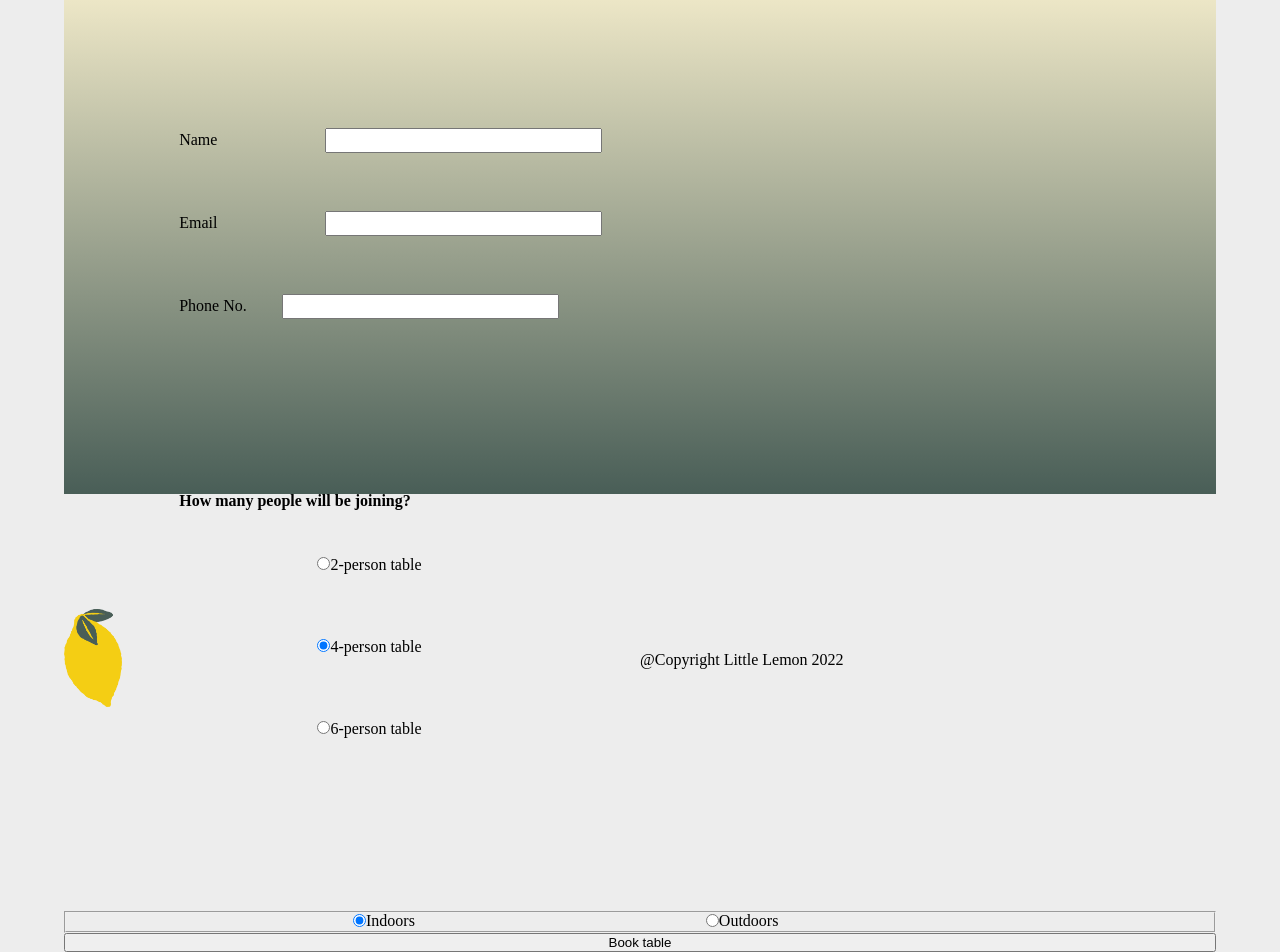
Repository: klone007/littleLemon
Page: index.html
The author's editor kept a copy of each file at every save. The page is drawn from the files as they stood at one save, then again after the next save.
The browser window is 1280 px wide. The pictures show the part of the page from y = 3473 to 4425 px (the page is 4425 px tall).
A picture or video elsewhere on the page could not be fetched, so the positions and the page height are approximate. Backgrounds fixed to the window are drawn as part of the page.

Above is the page before, as saved 2022-11-17 13:34:21.

### index.html
<!DOCTYPE html>
<html lang="en">
<head>
    <meta charset="UTF-8">
    <meta http-equiv="X-UA-Compatible" content="IE=edge">
    <meta name="viewport" content="width=device-width, initial-scale=1.0">
    <title>Little Lemon</title>
    <meta name="author" content="Owned by Maria & Jason">
    <meta name="description" content="Little lemon restaurant">

    <link rel="stylesheet" href="./styles.css">
    <link rel="stylesheet" href="./docs/flickity.css" media="screen">
</head>
<body>
    <script src="./docs/flickity.pkgd.min.js"></script>

<nav class="top-nav navbar-fixed-top">
    <header>
        <a href="#Home">
            <img src="./img/Asset 20@4x.png" alt="logo" />
        </a>
    </header>
    <input id="menu-toggle" type="checkbox" />
    <label class='menu-button-container' for="menu-toggle">
    <div class='menu-button'></div>
  </label>
    <ul class="menu">
        <li><a href="#Home">Home</a></li>
        <li><a href="#Menu">Menu</a></li>
        <li><a href="#mainBook">Book</a></li>
        <li><a href="#About">About</a></li>
    </ul>
</nav>


    <main>
        <h1 id="Home">Our Featured</h1>
        <section class="gallery js-flickity" data-flickity-options='{ "wrapAround": true }'>
            <div class="gallery-cell">
                <img src="https://external-content.duckduckgo.com/iu/?u=https%3A%2F%2Fwww.sightseeingtoursitaly.com%2Fwp-content%2Fuploads%2F2019%2F06%2FFamous-Italian-dishes.jpg&f=1&nofb=1&ipt=5f17ed8798b09670346a59e0c6dda9133987f1fbc826aab0525b9c7dfd5eefc6&ipo=images" alt="" loading="lazy" />
            </div>
            <div class="gallery-cell">
                <img src="https://external-content.duckduckgo.com/iu/?u=https%3A%2F%2Fcdn.websites.hibu.com%2F42205d4164494aec9952633686609fc8%2Fdms3rep%2Fmulti%2Fshutterstock_1048781273.jpg&f=1&nofb=1&ipt=9319afd718bb88107d86b2624e313065a7d3a600e22631227c980300d2d9ea5e&ipo=images" alt="" loading="lazy" />
            </div>
            <div class="gallery-cell">
                <img src="https://external-content.duckduckgo.com/iu/?u=https%3A%2F%2Fdianashealthyliving.com%2Fwp-content%2Fuploads%2F2019%2F09%2FItalian-food-Depositphotos_.jpg&f=1&nofb=1&ipt=6b3899b664b8c8aa324edf4a5f0cf548525f48ccb5f7a4fc71eac060adbfea16&ipo=images" alt="" loading="lazy" />
            </div>
            <div class="gallery-cell">
                <img src="https://external-content.duckduckgo.com/iu/?u=https%3A%2F%2Fwww.lux-review.com%2Fwp-content%2Fuploads%2F2020%2F03%2FPasta-1.jpg&f=1&nofb=1&ipt=236038c1ddcf4aa03c9a1fd1d1489bc57e1f28b597d5af0d285d39a5f3813c10&ipo=images" alt="" />
            </div>
            <div class="gallery-cell">
                <img src="https://external-content.duckduckgo.com/iu/?u=https%3A%2F%2Fthepointsguy.co.uk%2Fwp-content%2Fuploads%2F2020%2F09%2FGettyImages-599272840.jpg&f=1&nofb=1&ipt=aed47e269af3bf5fa11b8c201e77a3612dee3b5e70cd9f18d9500c28e0df9f67&ipo=images" alt="" loading="lazy" />
            </div>
        </section>

        <h1 id="Menu">Menu</h1>
        <section id="mainMenu">
            <article>
                <h3>Dish 1</h3>
                <div>
                    <img src="https://external-content.duckduckgo.com/iu/?u=https%3A%2F%2Fwww.trbimg.com%2Fimg-58b999a4%2Fturbine%2Fct-chicago-modern-classics-food-0308-20170303&f=1&nofb=1&ipt=e55a6103835e539b9ddba910f3aa8f07babc50ec035bc059d606dd24fa5a5659&ipo=images" alt="" />
                    <p>Lorem ipsum dolor sit amet consectetur adipisicing elit. Labore inventore rem quos repellat fugiat consequatur numquam, sapiente aperiam culpa aliquid maiores asperiores! Alias eligendi odit, vero amet aut quia non?</p>
                </div>
            </article>
            <article>
                <h3>Dish 2</h3>
                <div>
                    <img src="https://external-content.duckduckgo.com/iu/?u=https%3A%2F%2Fwww.webivm.com%2Fwp-content%2Fuploads%2F2016%2F12%2FFood-Photos.jpg&f=1&nofb=1&ipt=6a3492d880aad37e76e2c229f1153e1a0fc916bf886f3e4d2b33b8b43cbbb8ba&ipo=images" alt="" />
                    <p>Lorem ipsum dolor sit amet consectetur adipisicing elit. Labore inventore rem quos repellat fugiat consequatur numquam, sapiente aperiam culpa aliquid maiores asperiores! Alias eligendi odit, vero amet aut quia non?</p>
                </div>
            </article>
            <article>
                <h3>Dish 3</h3>
                <div>
                    <img src="https://external-content.duckduckgo.com/iu/?u=https%3A%2F%2Fwww.food-management.com%2Fsites%2Ffood-management.com%2Ffiles%2Fstyles%2Farticle_featured_retina%2Fpublic%2FHawaiiPromo_BU_1.jpg%3Fitok%3Dl8BccNDz&f=1&nofb=1&ipt=f5ae2a2fe3e9c6f5db3d1dd3f7cba8346bc18a211ab68dd1c32996616daafb87&ipo=images" alt="" />
                    <p>Lorem ipsum dolor sit amet consectetur adipisicing elit. Labore inventore rem quos repellat fugiat consequatur numquam, sapiente aperiam culpa aliquid maiores asperiores! Alias eligendi odit, vero amet aut quia non?</p>
                </div>
            </article>
            <article>
                <h3>Dish 4</h3>
                <div>
                    <img src="https://external-content.duckduckgo.com/iu/?u=https%3A%2F%2Fmoroccanfoodtour.com%2Fwp-content%2Fuploads%2F2020%2F05%2FMFT-Tetouan-Food-Tour-5.jpg&f=1&nofb=1&ipt=5d10271906c29c0f482e9af2e71def8f1021706b03ddfc3b13a227a26cf32f92&ipo=images" alt="" />
                    <p>Lorem ipsum dolor sit amet consectetur adipisicing elit. Labore inventore rem quos repellat fugiat consequatur numquam, sapiente aperiam culpa aliquid maiores asperiores! Alias eligendi odit, vero amet aut quia non?</p>
                </div>
            </article>
            <article>
                <h3>Dish 5</h3>
                <div>
                    <img src="https://external-content.duckduckgo.com/iu/?u=https%3A%2F%2Fimg.choice.com.au%2F-%2Fmedia%2Ff738b5b9623b4c90ad0837f98b0ea96b.ashx&f=1&nofb=1&ipt=1635fb9e31ba85f9b28735716f80466546eed1ee7c42d5bcbd6a9909df5d35f2&ipo=images" alt="" />
                    <p>Lorem ipsum dolor sit amet consectetur adipisicing elit. Labore inventore rem quos repellat fugiat consequatur numquam, sapiente aperiam culpa aliquid maiores asperiores! Alias eligendi odit, vero amet aut quia non?</p>
                </div>
            </article>
            <article>
                <h3>Dish 6</h3>
                <div>
                    <img src="https://external-content.duckduckgo.com/iu/?u=https%3A%2F%2Fwww.charlottefashionplate.com%2Fwp-content%2Fuploads%2F2019%2F04%2FFullSizeRender-2019-09-12T093414.937-e1568295666416.jpg&f=1&nofb=1&ipt=a75d703fefdf0bc48c22dafd73ad0c617d56c21db92b64727021d744cfa860a5&ipo=images" alt="" />
                    <p>Lorem ipsum dolor sit amet consectetur adipisicing elit. Labore inventore rem quos repellat fugiat consequatur numquam, sapiente aperiam culpa aliquid maiores asperiores! Alias eligendi odit, vero amet aut quia non?</p>
                </div>
            </article>
        </section>

        <h1 id="About">About</h1>
        <section id="mainAbout">
            <div class="myDIV">
                 <img src="https://external-content.duckduckgo.com/iu/?u=https%3A%2F%2Fst3.depositphotos.com%2F2572561%2F16353%2Fi%2F950%2Fdepositphotos_163534638-stock-photo-two-famous-chefs-discuss-their.jpg&f=1&nofb=1&ipt=b503cf392cbfb92c1189adf6e87bce2d96b5f10e32ff79c8c39acd97c9648224&ipo=images" alt="Little Lemon's chefs" loading="lazy" />
            </div>
            <!-- <div class="hide">
                The image used is stock image from google images.
            </div> -->

            <p>
                Based in Chicago, Illinois, <strong>Little Lemon is a family-owned Mediterranean restaurant</strong>, focused on <strong>traditional recipes served with a
                modern twist.</strong> The chefs draw inspiration from Italian, Greek, and Turkish culture and have a menu of 12–15 items that they rotate
                seasonally. The restaurant has a rustic and relaxed atmosphere with moderate prices, making it a <strong>popular place for a meal any time of
                the day.</strong>
                <br /> <br />
                Little Lemon is <strong>owned by</strong>two Italian brothers, <strong>Mario and Adrian</strong>, who moved to the United States to pursue their shared dream of owning a restaurant.
                To craft the menu, Mario relies on family recipes and his experience as a chef in Italy. Adrian does all the marketing for the restaurant and led the
                effort to expand the menu beyond classic Italian to incorporate additional cuisines from the Mediterranean region.
            </p>
        </section>
        <section id="mainBook">
            <h1>Book</h1>
            <div class="parallax"></div>

            <form class="content" method="post" >

                    <label for="user_Name">Name
                        <input type="text" id="user_Name" name="user_Name" required/>
                    </label>
                    <label for="user_Email">Email
                        <input type="email" id="user_Email" name="user_Email" required/>
                    </label>

                <label for="user_Phone">Phone No.
                    <input type="tel" id="user_Phone" name="user_Phone"/>
                </label>
                <fieldset id="size">
                    <p><strong>How many people will be joining?</strong></p>
                    <label><input type="radio" value="2" name="size" />2-person table</label><br>
                    <label><input type="radio" value="4" name="size" checked/>4-person table</label><br>
                    <label><input type="radio" value="6" name="size" />6-person table</label>
                </fieldset>
                <fieldset id="location">
                    <label><input type="radio" value="indoors" name="location" checked/>Indoors</label>
                    <label><input type="radio" value="outdoors" name="location" />Outdoors</label>
                </fieldset>
                <button type="submit">Book table</button>

            </form>
        </section>
    </main>
    <footer>
        <div >
            <img src="./img/Asset 9@4x.png" alt=""></img>
        </div>
        <div >
            <p>@Copyright Little Lemon 2022</p>
        </div>
    </footer>


</body>
</html>

### styles.css
:root {
    --lemonYelow:#f4ce14;
    --lemonGreen: #495e57;
}


*{
    margin:0;
    padding:0;
    -webkit-box-sizing: border-box;
    box-sizing: border-box;
}

body {
    background-color: #ededed;
    margin-top: 1rem;
    margin-bottom: 1rem;
    margin-left: 5%;
    margin-right: 5%;
}

header  img {
    display: block;
    margin-left: auto;
    margin-right: auto;
    max-width:3rem;
    min-height:3rem;
    animation-duration: 2s;
    animation-name: slideinLeft;
}

.top-nav  ul {
    list-style: none;
    animation-duration: 2s;
    animation-name: slideinRight;
}

.top-nav a {
    text-decoration: none;
    /* color:rgb(252, 227, 8); */
    color:white;
    padding: 10px 30px;
}

.top-nav a:hover {
    color: var(--lemonYelow);
    transform: scale(0.7);
}

.top-nav {
    display: flex;
    flex-direction: row;
    align-items: center;
    justify-content: space-between;
    background-color: #00BAF0;
    /* background: linear-gradient(to left, #214900ef, #ffe5511e); */
    background: linear-gradient(to left, #495e57, #f4cf142c);

    /* W3C, IE 10+/ Edge, Firefox 16+, Chrome 26+, Opera 12+, Safari 7+ */
    color: #FFF;
    height: 50px;
    padding: 1em;
    margin-top: 3%;


  }

  .menu {
    display: flex;
    flex-direction: row;
    list-style-type: none;
    margin: 0;
    padding: 0;
  }

  .menu > li {
    margin: 0 1rem;
    overflow: hidden;
  }

  .menu-button-container {
    display: none;
    height: 100%;
    width: 30px;
    cursor: pointer;
    flex-direction: column;
    justify-content: center;
    align-items: center;
  }

  #menu-toggle {
    display: none;
  }

  .menu-button,
  .menu-button::before,
  .menu-button::after {
    display: block;
    background-color: #fff;
    position: absolute;
    height: 4px;
    width: 30px;
    transition: transform 400ms cubic-bezier(0.23, 1, 0.32, 1);
    border-radius: 2px;
  }

  .menu-button::before {
    content: '';
    margin-top: -8px;
  }

  .menu-button::after {
    content: '';
    margin-top: 8px;
  }

  #menu-toggle:checked + .menu-button-container .menu-button::before {
    margin-top: 0px;
    transform: rotate(405deg);
  }

  #menu-toggle:checked + .menu-button-container .menu-button {
    background: rgba(255, 255, 255, 0);
  }

  #menu-toggle:checked + .menu-button-container .menu-button::after {
    margin-top: 0px;
    transform: rotate(-405deg);
  }

  @media (max-width: 700px) {
    .menu-button-container {
      display: flex;
    }
    .menu {
        z-index:1000;
      position: absolute;
      top: 50px;
      margin-top: 50px;
      left: 0;
      flex-direction: column;
      width: 100%;
      justify-content: center;
      align-items: center;
    }
    #menu-toggle ~ .menu li {
      height: 0;
      margin: 0;
      padding: 0;
      border: 0;
      transition: height 400ms cubic-bezier(0.23, 1, 0.32, 1);
    }
    #menu-toggle:checked ~ .menu li {
      border: 1px solid #333;
      height: 3.5em;
      padding: 0.5em;
      transition: height 400ms cubic-bezier(0.23, 1, 0.32, 1);
    }
    .menu > li {
      display: flex;
      justify-content: center;
      margin: 0;
      padding: 0.5em 0;
      width: 100%;
      color: white;
      background-color: #222;
    }
    .menu > li:not(:last-child) {
      border-bottom: 1px solid #444;
    }
  }

  .navbar-fixed-top{
    position: -webkit-sticky;
    position: sticky;
    top: 0px;
    z-index: 99999;
  }

/* nav {
display: flex;
justify-content: space-between;
}

header > img {
    display: block;
    margin-left: auto;
    margin-right: auto;
    max-width:5rem;
    min-height:5rem;
}

nav  ul {
    list-style: none;
    display: flex;
    justify-content: center;
    align-items: center;

}

nav a:link {
    text-decoration: none;
    color: rgb(5, 107, 5);
    padding: 10px 50px;

}

nav a:hover {
    background-color: green;
    color: antiquewhite;
} */




main  h1 {
    display: flex;
    justify-content: center;
    align-items: center;
    margin-top:5%;
    margin-bottom:3%;
    color:var(--lemonGreen);
    padding-top: 1rem;
}

main  h1:hover{
    /* animation: 1s 1 forwards pulse */
    transform: scale(1.2);
    transition: 0.5s ease-in-out;
}

main img {
    max-width:100%;
    min-height: 100%;
}

.gallery {
    background: #EEE;
    margin-bottom: 5%;
  }

  .gallery-cell {
    width: 50vw;
    height: 30vh;
    margin-left: 10px;
    counter-increment: gallery-cell;
  }

  /* cell number */
  .gallery-cell:before {
    display: block;
    text-align: center;
    content: "";
    line-height: 200px;
    font-size: 80px;
    color: white;
  }



  #mainMenu {
    display: flex;
    flex-wrap: wrap;
    overflow: auto;

}
#mainMenu div {
    display: flex;
    justify-content: center;
    align-items: center;
    gap:2rem;
}

#mainMenu img {
    max-width: 5rem;
    max-height: 5rem;
}
article img:hover {
    transform: scale(4) translate(50%,10%);
    transition: 0.5s ease-in-out;
}

main h3 {
    padding-bottom:1rem
}

main article {
    flex: 1 0 500px;
    box-sizing: border-box;
    margin: 1rem .25em;
    padding:2rem;

    max-width: 25rem;
}

main article:hover {
    color:#f4ce14;
    background-color: var(--lemonGreen);
    box-shadow: inset 0 0 1rem #444;
    border-radius: 5%;
}

@media screen and (min-width: 40em) {
    main article  {
       max-width: calc(50% -  1em);
    }


}

@media screen and (min-width: 60em) {
    main article  {
        max-width: calc(25% - 1em);
    }
}


#mainAbout {
    display: flex;
    flex-direction:column;
    justify-content: center;
    align-items: center;

}

#mainAbout img {
    max-width: 20rem;
    min-height: 20rem;
    margin:5%;
    padding:2rem;
    border-radius: 50%;
    filter:blur(0.5rem) grayscale(100%);
    transition:.5s ease-out;
}
#mainAbout img:hover {
    filter:blur(0rem) grayscale(0%);

}
/* .hide {
    display: none;
    position:absolute;
    left:8%
  } */

  /* .myDIV:hover + .hide {
    display: block;
    color: red;
  } */

#mainAbout p {
    flex: 1 0 500px;
    box-sizing: border-box;
    margin: 1rem .25em;
    padding:1rem;
}

footer {
    display: flex;
    justify-content: center;
    align-items: center;
    margin-top:10%;
}
footer div {
    flex: 1;
}

footer img {
    width:10%;
}
footer img:hover {
    transform:rotate(60deg) ;
   transition: 1s ease;
}



@media screen and (min-width:880px) {

    .gallery-cell {
        width: 70vw;
        height: 70vh;
        margin-left: 10px;
        counter-increment: gallery-cell;
      }

      #mainAbout{
        display: flex;
        justify-content: space-between;
        flex-direction: row;
        margin:1rem;
        gap: 2rem;
    }
    #mainAbout img {
        max-width: 20rem;
        min-height: 20rem;
        margin:5%;
        border-radius: 0;
    }
    #mainAbout p {
        flex: 1 ;
        box-sizing: border-box;
        margin: 1rem .25em;
        padding:1rem;
    }
    article img:hover {
        transform: scale(8) translate(50%,10%);
        transition: 0.5s ease-in-out;
    }

  }




  @keyframes slideinRight {
    from {
      margin-right: -100rem;
      opacity: 0;
    }
    25% {

        margin-right: -10rem;
        opacity: 0.25;
      }
    50% {

    margin-right: -5rem;
    opacity: 0.5;
    }
    75% {

      margin-right: -1rem;
      opacity: 0.75;
    }

    to {
      margin-right: 0rem;
      opacity: 1;
    }
  }


  @keyframes slideinLeft {
    from {
      margin-left: -100rem;
      opacity: 0;

    }

    25% {

    margin-left: -10rem;
    opacity: 0.25;
    }

    50% {

    margin-left: -5rem;
    opacity: 0.5;
    width:50%;
    }
    75% {

    margin-left: -5rem;
    opacity: 0.5;
    width:75%;

    }

    to {
      margin-left: 0rem;
      opacity: 1;
     width:100%;

    }
  }

  .parallax {
    /* The image used */
    background-image: url("https://external-content.duckduckgo.com/iu/?u=https%3A%2F%2Fuplandsouthcandles.com%2Fwp-content%2Fuploads%2F2018%2F07%2F036684.jpg&f=1&nofb=1&ipt=ed1f1ccf7945ddfd3265d2114ec71a6c897354e652921af8277e8d438890888a&ipo=images");

    /* Set a specific height */
    min-height: 500px;

    /* Create the parallax scrolling effect */
    background-attachment: fixed;
    background-position: center;
    background-repeat: no-repeat;
    background-size: cover;
  }

  .content {
    height:1000px;
    background: linear-gradient(#eee20200,#f4cf142c, #495e57);
    display:flex;
    flex-direction: column;
    align-items: stretch;
    padding-top:50%;
}
.content label {
    padding-top:5%;
    padding-left: 10%;
}

#size{
    display: flex;
    flex-direction: column;
    margin: 15% 10%;
    border:0;

}

#size label {
    margin-left:-10% ;
}

input {
    margin-left:15%;
}

#user_Name{
    margin-left:10%;
    padding:0.2rem 3rem;
}


#user_Email{
    margin-left:10%;
    padding:0.2rem 3rem;
}

#user_Phone{
    margin-left:3%;
    padding:0.2rem 3rem;
}

### docs/flickity.css
/*! Flickity v2.3.0
https://flickity.metafizzy.co
---------------------------------------------- */

.flickity-enabled {
  position: relative;
}

.flickity-enabled:focus { outline: none; }

.flickity-viewport {
  overflow: hidden;
  position: relative;
  height: 100%;
}

.flickity-slider {
  position: absolute;
  width: 100%;
  height: 100%;
}

/* draggable */

.flickity-enabled.is-draggable {
  -webkit-tap-highlight-color: transparent;
  -webkit-user-select: none;
     -moz-user-select: none;
      -ms-user-select: none;
          user-select: none;
}

.flickity-enabled.is-draggable .flickity-viewport {
  cursor: move;
  cursor: -webkit-grab;
  cursor: grab;
}

.flickity-enabled.is-draggable .flickity-viewport.is-pointer-down {
  cursor: -webkit-grabbing;
  cursor: grabbing;
}

/* ---- flickity-button ---- */

.flickity-button {
  position: absolute;
  background: hsla(0, 0%, 100%, 0.75);
  border: none;
  color: #333;
}

.flickity-button:hover {
  background: white;
  cursor: pointer;
}

.flickity-button:focus {
  outline: none;
  box-shadow: 0 0 0 5px #19F;
}

.flickity-button:active {
  opacity: 0.6;
}

.flickity-button:disabled {
  opacity: 0.3;
  cursor: auto;
  /* prevent disabled button from capturing pointer up event. #716 */
  pointer-events: none;
}

.flickity-button-icon {
  fill: currentColor;
}

/* ---- previous/next buttons ---- */

.flickity-prev-next-button {
  top: 50%;
  width: 44px;
  height: 44px;
  border-radius: 50%;
  /* vertically center */
  transform: translateY(-50%);
}

.flickity-prev-next-button.previous { left: 10px; }
.flickity-prev-next-button.next { right: 10px; }
/* right to left */
.flickity-rtl .flickity-prev-next-button.previous {
  left: auto;
  right: 10px;
}
.flickity-rtl .flickity-prev-next-button.next {
  right: auto;
  left: 10px;
}

.flickity-prev-next-button .flickity-button-icon {
  position: absolute;
  left: 20%;
  top: 20%;
  width: 60%;
  height: 60%;
}

/* ---- page dots ---- */

.flickity-page-dots {
  position: absolute;
  width: 100%;
  bottom: -25px;
  padding: 0;
  margin: 0;
  list-style: none;
  text-align: center;
  line-height: 1;
}

.flickity-rtl .flickity-page-dots { direction: rtl; }

.flickity-page-dots .dot {
  display: inline-block;
  width: 10px;
  height: 10px;
  margin: 0 8px;
  background: #333;
  border-radius: 50%;
  opacity: 0.25;
  cursor: pointer;
}

.flickity-page-dots .dot.is-selected {
  opacity: 1;
}

Loaded but not shown: docs/flickity.pkgd.min.js (library)

After the next save:
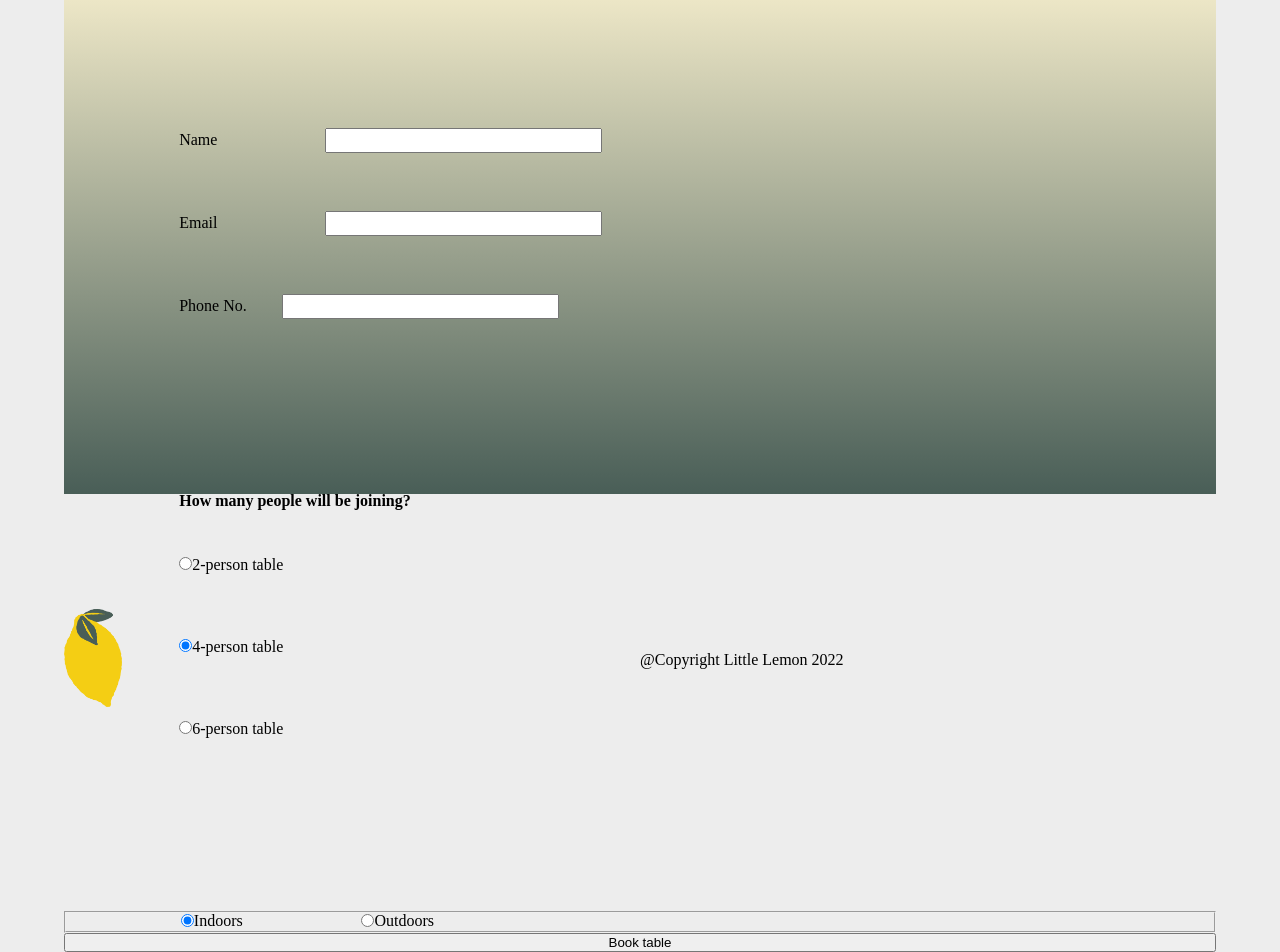
Saved 6 s later.
--- a/styles.css
+++ b/styles.css
@@ -514,7 +514,7 @@
     margin-left:-10% ;
 }
 
-input {
+input[] {
     margin-left:15%;
 }
 
